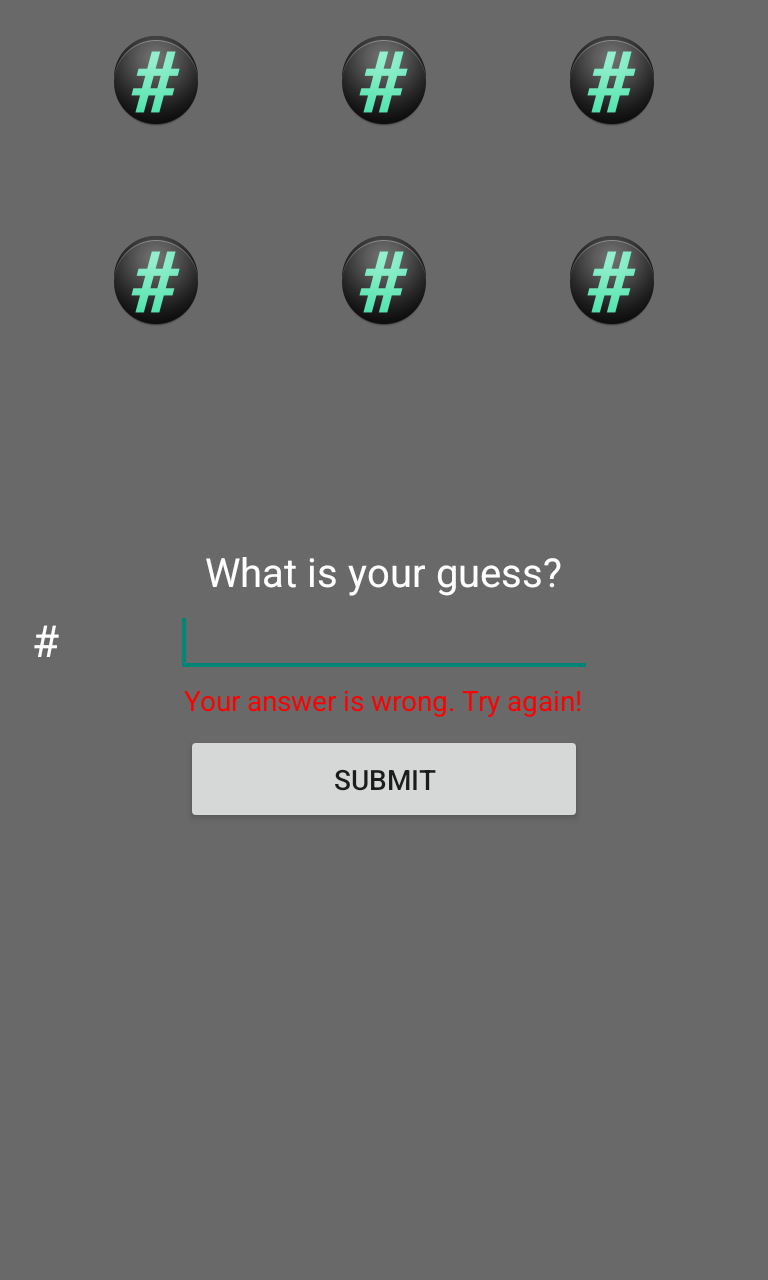
Repository: Hannanina/GuessTag
Layout: GuessTag/res/layout/activity_guess_tag.xml
The author's editor kept a copy of each file at every save. The layout is drawn from the files as they stood at one save, then again after the next save.
It is drawn on a 768 x 1280 px phone screen (xhdpi) without system bars, with theme AppTheme; the app's code is not run.

Above is the layout before, as saved 2014-12-17 10:36:09.

After the next save:
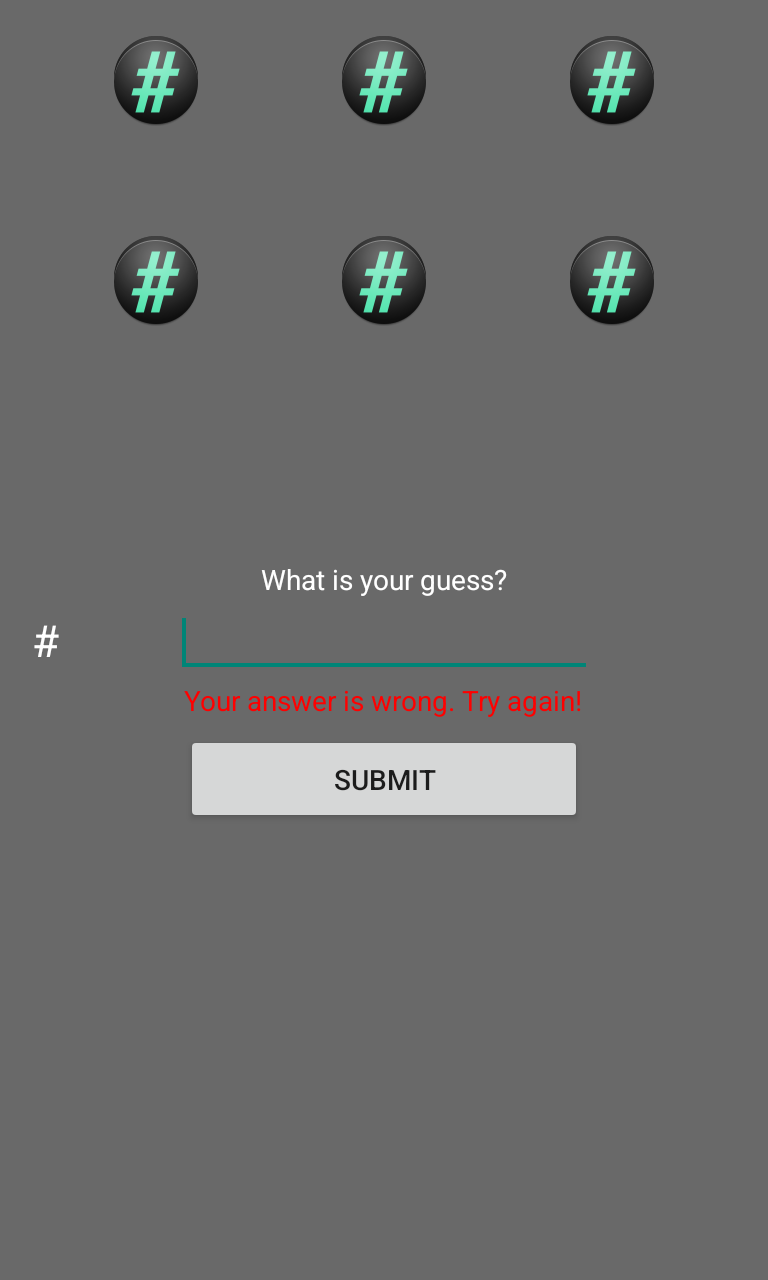
Saved 90 s later.
--- a/GuessTag/res/layout/activity_guess_tag.xml
+++ b/GuessTag/res/layout/activity_guess_tag.xml
@@ -83,7 +83,6 @@
         android:id="@+id/textView1"
         android:layout_width="wrap_content"
         android:layout_height="wrap_content"
-        android:textSize="20sp"
         android:layout_above="@+id/inputText"
         android:layout_centerHorizontal="true"
   	    android:textColor="@color/White"

After the save that followed:
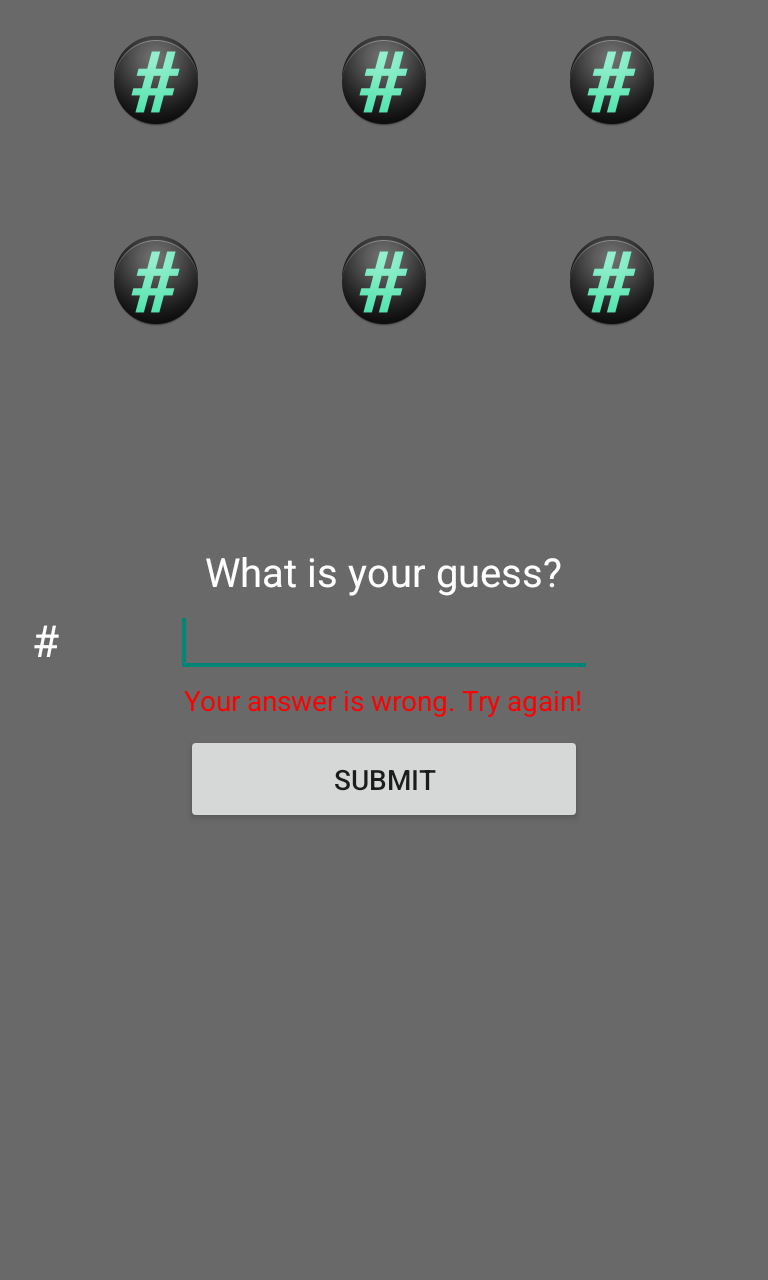
Saved 9 s later.
--- a/GuessTag/res/layout/activity_guess_tag.xml
+++ b/GuessTag/res/layout/activity_guess_tag.xml
@@ -83,6 +83,7 @@
         android:id="@+id/textView1"
         android:layout_width="wrap_content"
         android:layout_height="wrap_content"
+        android:textSize="20sp"
         android:layout_above="@+id/inputText"
         android:layout_centerHorizontal="true"
   	    android:textColor="@color/White"
